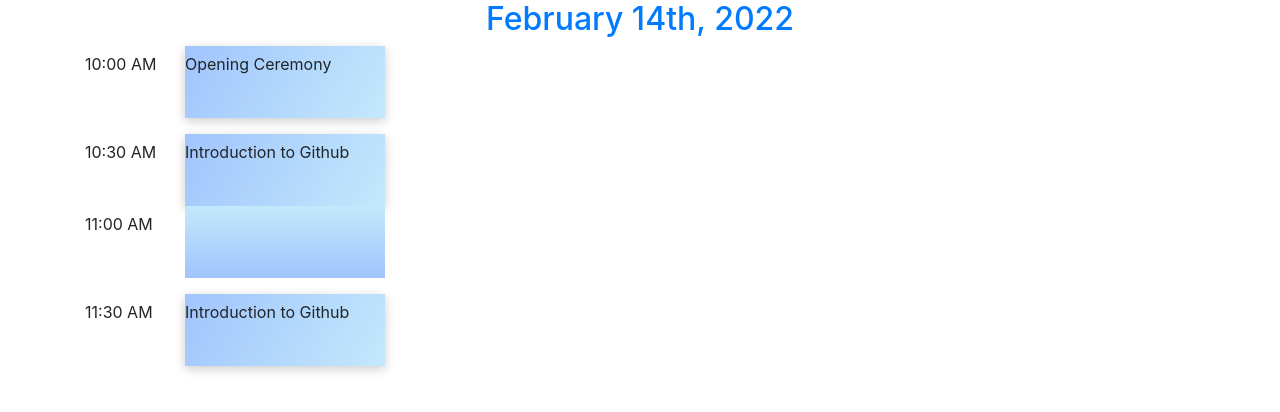
Repository: BaileyLuu/yuHacks2022
Page: public/schedule.html
These files come from the project's save history. The page is drawn as it stood at one moment and after the next save; the edit follows.
The browser window is 1280 px wide. The pictures show the whole page.
Some web libraries are served in a nearby version.

Above is the page before, as saved 2021-11-20 13:20:41.

After the next save:
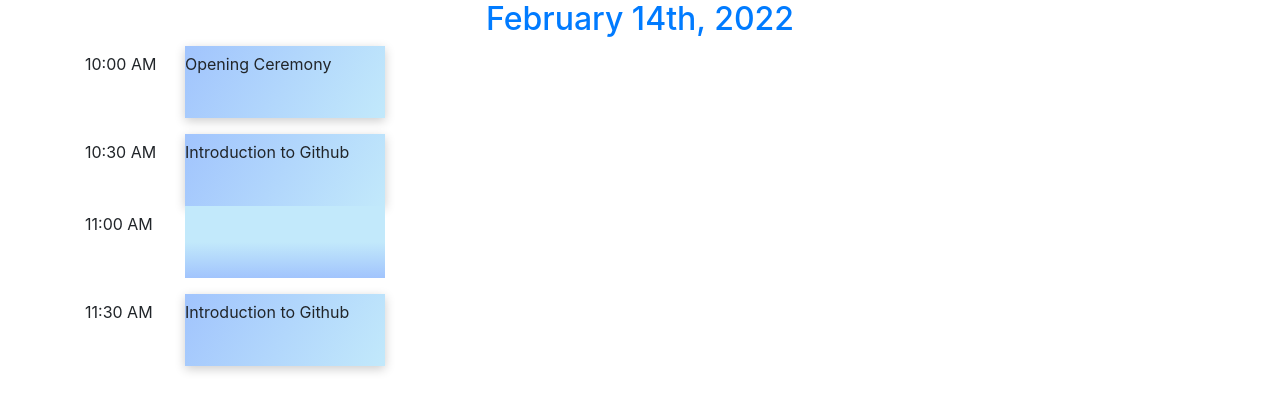
Saved 12 s later.
--- a/public/schedule.css
+++ b/public/schedule.css
@@ -19,7 +19,7 @@
   flex-wrap: wrap;
 }
 .extra-time{
-  background-image: linear-gradient(180deg, #c2e9fb 0%, #a1c4fd 100%);
+  background-image: linear-gradient(180deg, #c2e9fb 50%, #a1c4fd 100%);
   /* box-shadow: 0 3px 10px rgb(0 0 0 / 0.2); */
   position:relative;
   flex-wrap: wrap;
